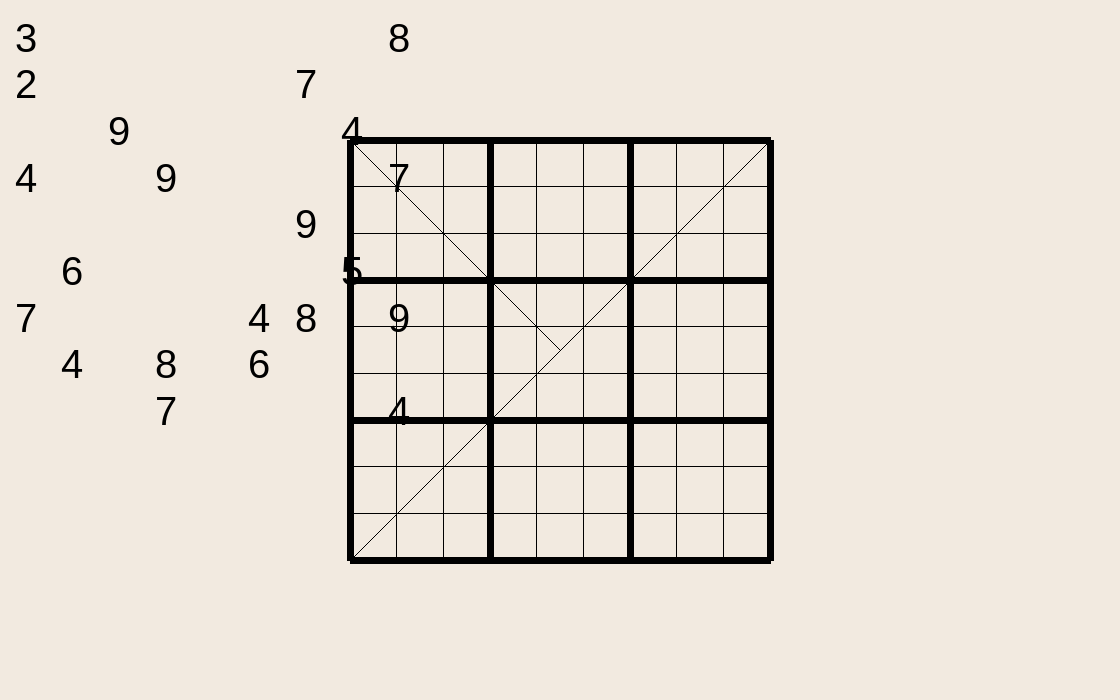
Repository: JensVL96/Puzzle-solver-for-fun
Script's output: python sudoku.py
An editor plug-in stored every save of this project. The script's output is shown before and after the next save, followed by the edit.
The window is shown after at most 60 frames with no key pressed. A system font it names is replaced by a similar one. Random numbers start from a fixed seed.

Above is the script's output before, as saved 2020-10-30 01:59:44.

After the next save:
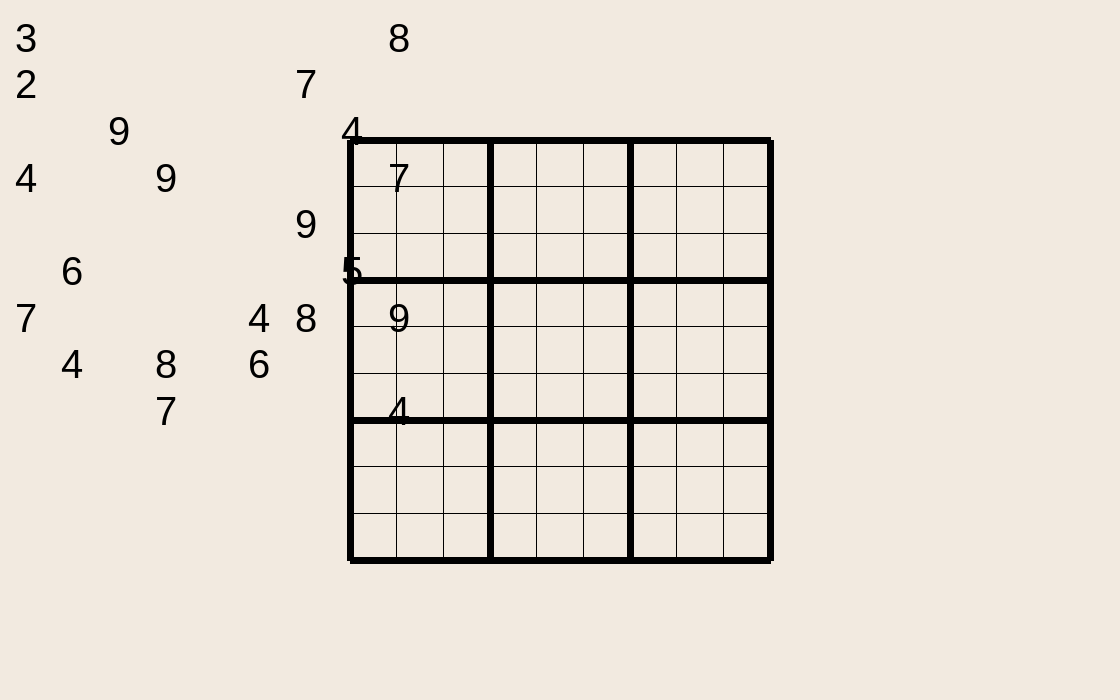
Saved 17 s later.
--- a/sudoku.py
+++ b/sudoku.py
@@ -194,23 +194,6 @@ class Display_board():
         top_right_y = (SCREEN_HEIGHT / 2) - (BORDER_SIZE / 2)
         bottom_left_x = (SCREEN_WIDTH / 2) - (BORDER_SIZE / 2)
         bottom_left_y = (SCREEN_HEIGHT / 2) + (BORDER_SIZE / 2)
-
-        print("\ntop left corner pos: (", top_left_x, top_left_y, ")")
-        print("top right corner: ", top_right_x, top_right_y, ")")
-        print("bottom left corner: ", bottom_left_x, bottom_left_y, ")\n")
-
-        pg.draw.line(self.screen, BLACK, ((SCREEN_WIDTH / 2),
-                                            (SCREEN_HEIGHT / 2)),
-                                            (top_left_x,
-                                            top_left_y), 1)
-        pg.draw.line(self.screen, BLACK, ((SCREEN_WIDTH / 2),
-                                            (SCREEN_HEIGHT / 2)),
-                                            (top_right_x,
-                                            top_right_y), 1)
-        pg.draw.line(self.screen, BLACK, ((SCREEN_WIDTH / 2),
-                                            (SCREEN_HEIGHT / 2)),
-                                            (bottom_left_x,
-                                            bottom_left_y), 1)
 
         for i in range (9):
             for j in range (9):
